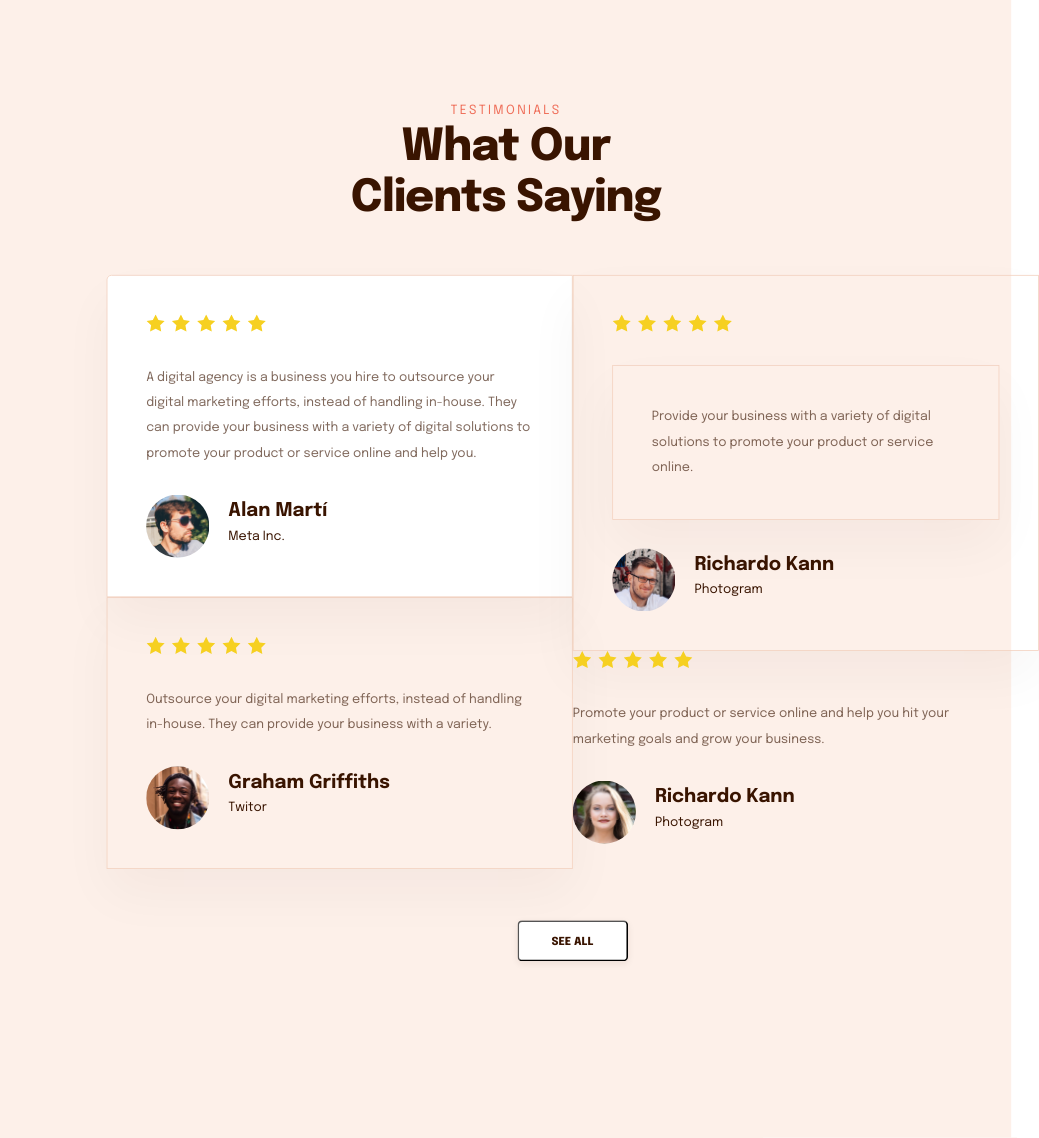
Repository: HeybetzadeQedim/task-6
Page: TESTIMONIALS/index.html
An editor plug-in stored every save of this project. The page is shown before and after the next save, followed by the edit.
The browser window is 1280 px wide. The page is 1315 px wide, so the pictures cover 1315 px, including what lies to the right of the window. The pictures show the whole page, at 79% of full size.

Above is the page before, as saved 2023-10-30 16:01:40.

After the next save:
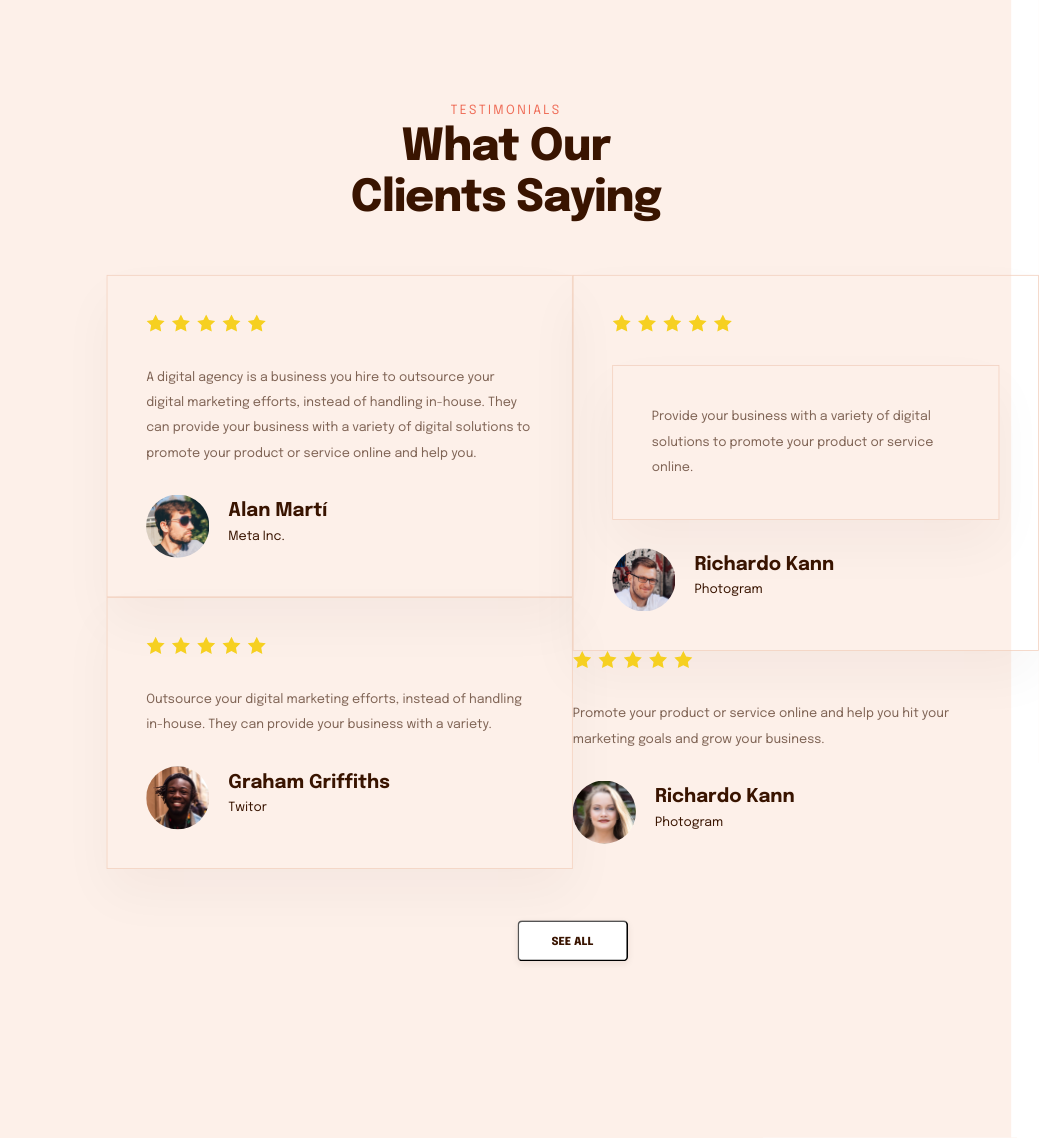
Saved 28 s later.
--- a/TESTIMONIALS/index.css
+++ b/TESTIMONIALS/index.css
@@ -36,15 +36,7 @@
   margin-top: 64px;
   display: flex;
 }
-.box-1 {
-  /* height: 400px; */
-  padding: 48px;
-  display: inline-block;
-  border-radius: 6px 0px 0px 0px;
-  border: 1px solid #f3d1bf;
-  background: #fff;
-  box-shadow: 0px 32px 64px 0px rgba(57, 20, 0, 0.04);
-}
+
 .box-contanier .box-1 img:first-child {
   width: 152px;
   height: 24px;
